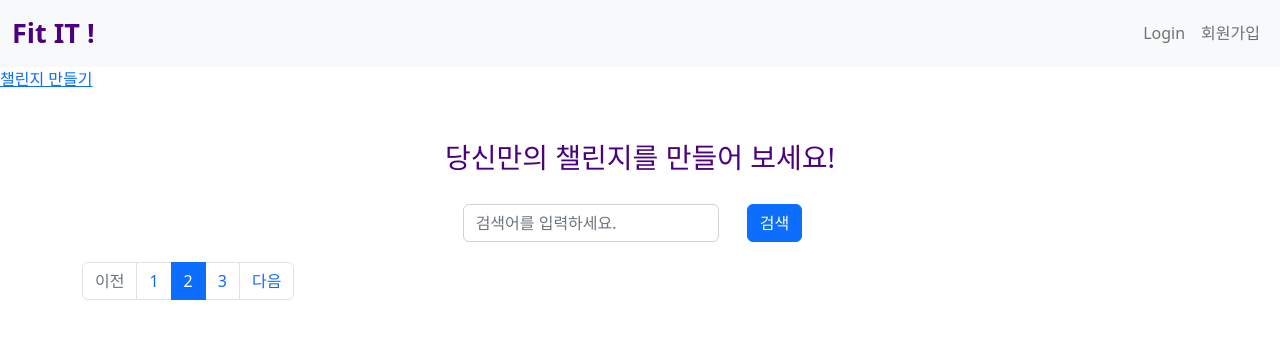
Repository: 4everGirls/Fit-IT-FRONT
Page: /makeChallenge (app in FrontEnd/fit-it/)
An editor plug-in stored every save of this project. The page is shown before and after the next save, followed by the edit.
The browser window is 1280 px wide. The pictures show the whole page.
The project was rebuilt for these pictures with package versions that can differ from the ones it lists, and the page was loaded fresh each time. Also part of the build but not shown: FrontEnd/fit-it/vue.config.js, FrontEnd/fit-it/src/views/HomeView.vue, FrontEnd/fit-it/src/components/user/RegistUser.vue, FrontEnd/fit-it/src/components/user/LoginUser.vue.

Above is the page before, as saved 2022-11-20 12:40:33.

After the next save:
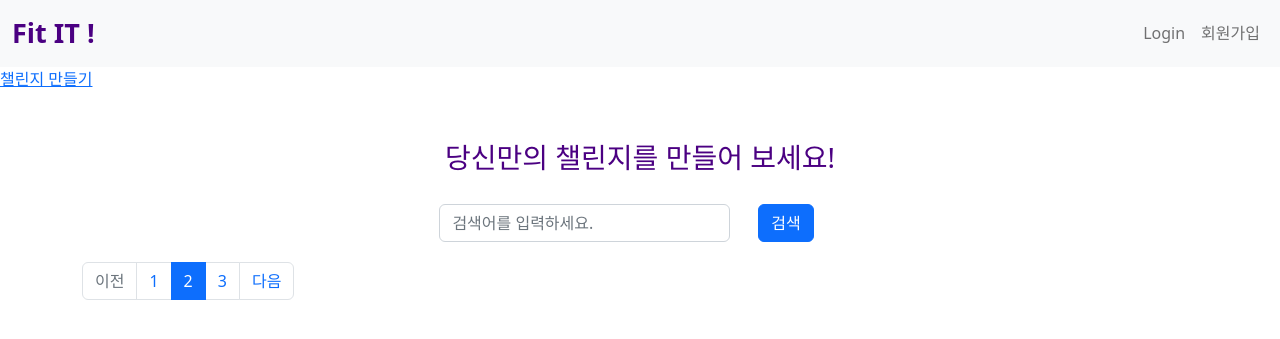
Saved 10 s later.
--- a/FrontEnd/fit-it/src/components/challenge/MakeChallenge/SearchVideo.vue
+++ b/FrontEnd/fit-it/src/components/challenge/MakeChallenge/SearchVideo.vue
@@ -14,7 +14,7 @@
                 type="search"
                 placeholder="검색어를 입력하세요."
                 aria-label="Search"
-                size="60"
+                size="70"
                 v-on:keydown.enter.prevent="search"
                 v-model="keyword"
               />
